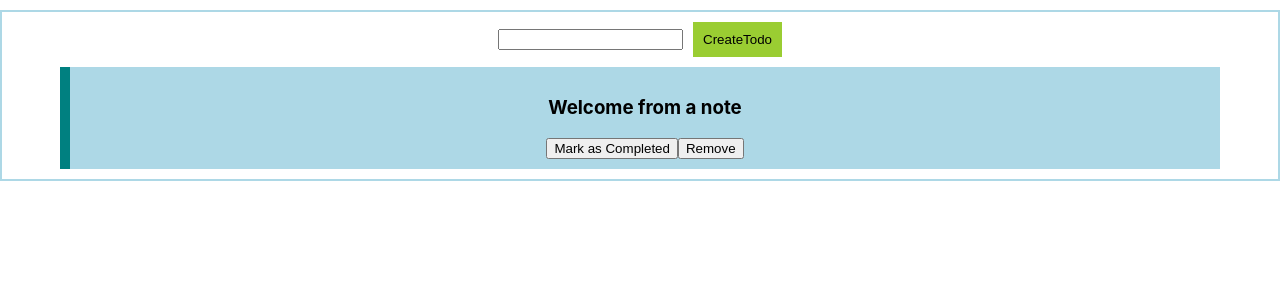
Repository: CaptainStorm21/react-ecosystem-course
Page: /
An editor plug-in stored every save of this project. The page is shown before and after a run of saves, followed by the edit.
The browser window is 1280 px wide. The pictures show the whole page.
The project was rebuilt for these pictures with package versions that can differ from the ones it lists, and the page was loaded fresh each time.

Above is the page before, as saved 2020-05-30 17:43:45.

### src/App.js
import React from 'react';
import './App.css';
import TodoList from './todos/TodoList'

function App() {
  return (
    <div className="App">
      <TodoList/>
    </div>
  );
}

export default App;

### src/todos/TodoList.js
import React from 'react';
import NewTodoForm from './NewTodoForm';
import TodoListItem from './TodoListItem';
import './TodoList.css';


const TodoList = ({ todos = [{ text: "Welcome from a note" }] }) => (
    <div className="list-wrapper">
        <NewTodoForm/>
        {todos.map(todo => <TodoListItem todo={todo} />)}
    </div>
)

export default TodoList;

### src/todos/NewTodoForm.js
import React, { useState } from 'react';
import './NewTodoForm.css';

const NewTodoForm = () => {
    const [inputValue, setInputValue] = useState(' ');
   return (
        <div className="new-todo-form">
           <input className="new-todo-input"
               type="text"
               value={inputValue}
               onChange = { e => setInputValue (e.target.value)}
           />
            <button className="newTodo">CreateTodo</button>
        </div>
    );
};
export default NewTodoForm;

### src/todos/TodoListItem.js
import React from "react";

const TodoListItem = ({ todo }) => (
  <div className="todo-item-container">
    <h3>{todo.text}</h3>
    <div className="button -container">
      <button className="completed-button"> Mark as Completed</button>
      <button className="remove-button"> Remove</button>
    </div>
  </div>
);

export default TodoListItem;

### src/todos/TodoList.css
.list-wrapper{
    border: 2px solid lightblue;
    padding: 10px;
    margin-top: 10px;
}

### src/todos/NewTodoForm.css
.todo-item-container{
    width: 90%;
    margin: 0 auto;
    padding: 10px;
    border-left: 10px solid teal;
    background-color: lightblue;
    margin-top: 10px;
}

.newTodo{
    background-color: yellowgreen;
    padding: 10px;
    border: 0;
    margin-left: 10px;

}

Loaded but not shown: public/index.html (common file); src/index.js (common file); src/index.css (common file); src/serviceWorker.js (common file); src/App.css (common file)

After the next 5 saves:
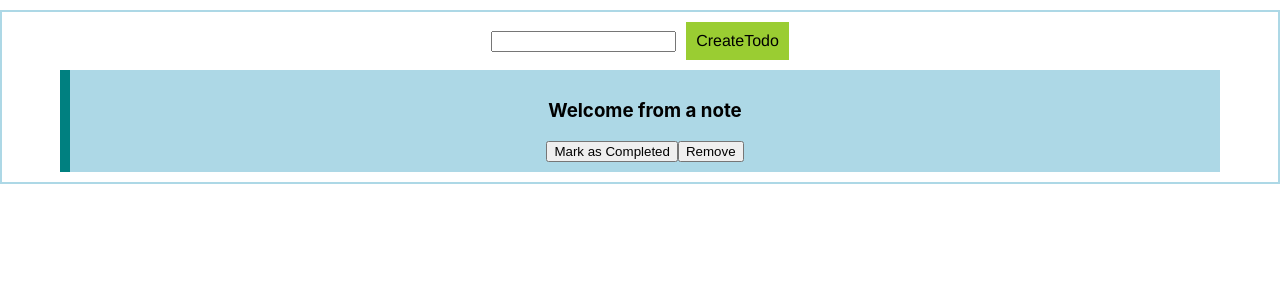
The 5 saves are shown as one change because they came seconds apart.
The last was saved 15 s later.
--- a/src/todos/NewTodoForm.css
+++ b/src/todos/NewTodoForm.css
@@ -12,5 +12,6 @@
     padding: 10px;
     border: 0;
     margin-left: 10px;
-
+    font-size: medium;
+    font-family: 'Franklin Gothic Medium', 'Arial Narrow', Arial, sans-serif;
 }
